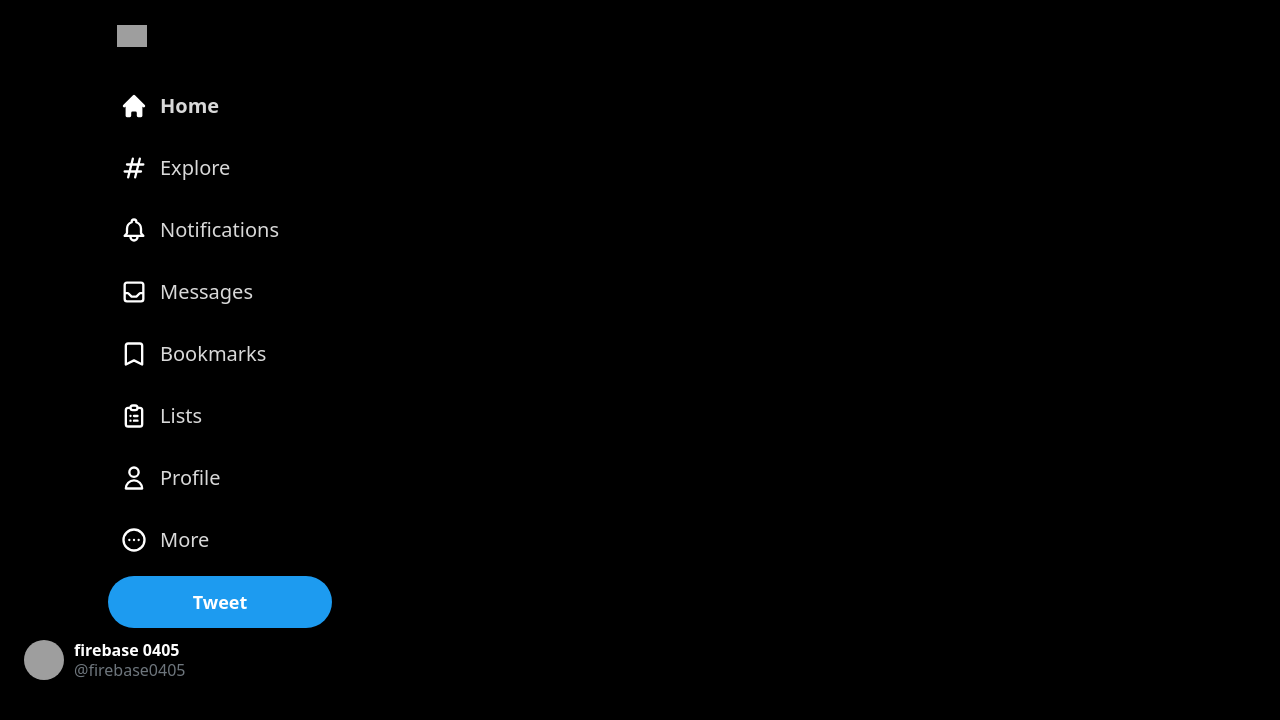
Repository: Kotilasco/kuly-twitter
Page: /
The author's editor kept a copy of each file at every save. The page is drawn from the files as they stood at one save, then again after the next save.
The browser window is 1280 px wide. The pictures show the whole page.
Pictures or frames that could not be fetched are drawn as grey boxes. The project was rebuilt for these pictures with package versions that can differ from the ones it lists, and the page was loaded fresh each time. The framework's server and built-in components were replaced by stand-ins that run in the browser. Also part of the build but not shown: next.config.js.

Above is the page before, as saved 2022-06-12 02:05:23.

### pages/index.tsx
import type { NextPage } from 'next'
import Head from 'next/head'
import Image from 'next/image'
import Sidebar from '../components/Sidebar'

const Home: NextPage = () => {
  return (
    <div className="">
      <Head>
        <title>Twitter - Kuly</title>
        <link rel="icon" href="/favicon.ico" />
      </Head>
      <main className="bg-black min-h-screen flex max-w-[1500px] mx-auto" >
        {/* Sidebar */}
        <Sidebar />
        {/* Feed */}

        {/* Widgets */}

        {/* Modal */}
      </main>

    </div>
  )
}

export default Home

### styles/globals.css
@tailwind base;
@tailwind components;
@tailwind utilities;


@layer components{
    .hoverAnimation{
        @apply hover:bg-[#d9d9d9] hover:bg-opacity-10 rounded-full
        cursor-pointer w-[52px] h-[52px] xl:w-auto xl:h-auto
        xl:py-3 xl:px-4 transition duration-200 ease-out;
    }
}

### components/Sidebar.js
import Image from "next/image"
import SidebarLink from '../components/SidebarLink'
import {
    HashtagIcon,
    BellIcon,
    InboxIcon,
    BookmarkIcon,
    ClipboardListIcon,
    UserIcon,
    DotsHorizontalIcon,
    DotsCircleHorizontalIcon

} from '@heroicons/react/outline'
import {HomeIcon} from '@heroicons/react/solid'

function Sidebar() {
  return (
    <div className="hidden sm:flex flex-col items-center
     xl:items-start xl:w-[340px] p-2 fixed h-full">
        <div className="flex items-center justify-center w-14 h-14 hoverAnimation p-0 xl:ml-24">
            <Image
                src='https://rb.gy/ogau5a'
                alt=''
                height={30}
                width={30}
            />
        </div>
        <div className="space-y-2.5 mt-4 mb-2.5 xl:ml-24">
            <SidebarLink text='Home' Icon={HomeIcon} active />
            <SidebarLink text='Explore' Icon={HashtagIcon} />
            <SidebarLink text='Notifications' Icon={BellIcon} />
            <SidebarLink text='Messages' Icon={InboxIcon} />
            <SidebarLink text='Bookmarks' Icon={BookmarkIcon} />
            <SidebarLink text='Lists' Icon={ClipboardListIcon} />
            <SidebarLink text='Profile' Icon={UserIcon} />
            <SidebarLink text='More' Icon={DotsCircleHorizontalIcon} />

        </div>
        <button className="hidden xl:inline ml-auto bg-[#1d9bf0] text-white rounded-full w-56 h-[52px] text-lg font-bold shadow-md hover:bg-[#1a8cd8]">Tweet</button>
        <div className="hoverAnimation flex">
        <img src="https://www.gstatic.com/mobilesdk/160503_mobilesdk/logo/2x/firebase_28dp.png" alt=""
        className="h-10 w-10 rounded-full xl:mr-2.5 " />
        <div className="hidden xl:inline leading-5 text-white">
            <h4 className="font-bold">firebase 0405</h4>
            <p className="text-[#6e767d]">@firebase0405</p>
        </div>
        </div>
    </div>
  )
}

export default Sidebar

### components/SidebarLink.js
import React from 'react'


function SidebarLink({text, Icon, active}) {
  return (
    <div className={`text-[#d9d9d9] flex items-center justify-center
    xl:justify-start text-xl space-x-3 hoverAnimation ${active && "font-bold"}`}>
        <Icon className="h-7 text-white"/>
        <span className='hidden xl:inline'>{text}</span>
    </div>
  )
}

export default SidebarLink

Loaded but not shown: pages/_app.tsx (common file); tailwind.config.js (common file)

After the next save:
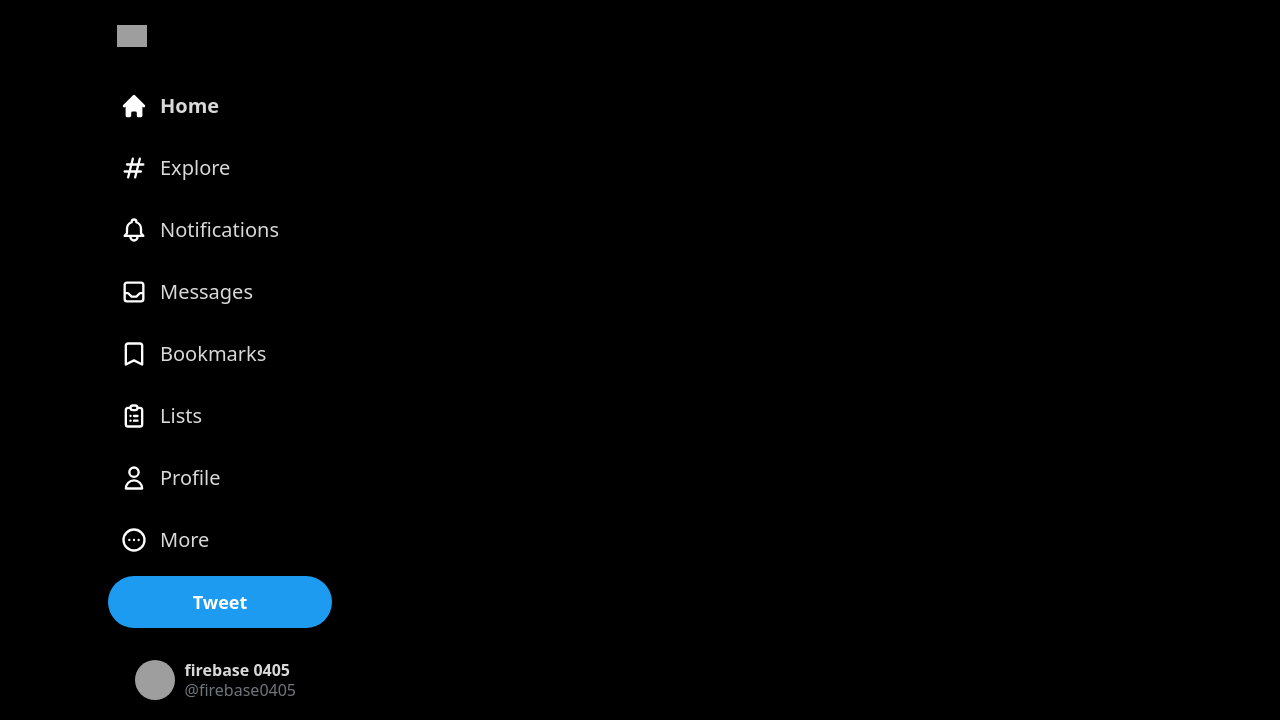
Saved 2 min 27 s later.
--- a/components/Sidebar.js
+++ b/components/Sidebar.js
@@ -37,10 +37,11 @@
 
         </div>
         <button className="hidden xl:inline ml-auto bg-[#1d9bf0] text-white rounded-full w-56 h-[52px] text-lg font-bold shadow-md hover:bg-[#1a8cd8]">Tweet</button>
-        <div className="hoverAnimation flex">
+        <div className="hoverAnimation text-[#d9d9d9] flex items-center
+         justify-center xl:ml-auto xl:mr-5 mt-auto">
         <img src="https://www.gstatic.com/mobilesdk/160503_mobilesdk/logo/2x/firebase_28dp.png" alt=""
         className="h-10 w-10 rounded-full xl:mr-2.5 " />
-        <div className="hidden xl:inline leading-5 text-white">
+        <div className="hidden xl:inline leading-5 ">
             <h4 className="font-bold">firebase 0405</h4>
             <p className="text-[#6e767d]">@firebase0405</p>
         </div>
